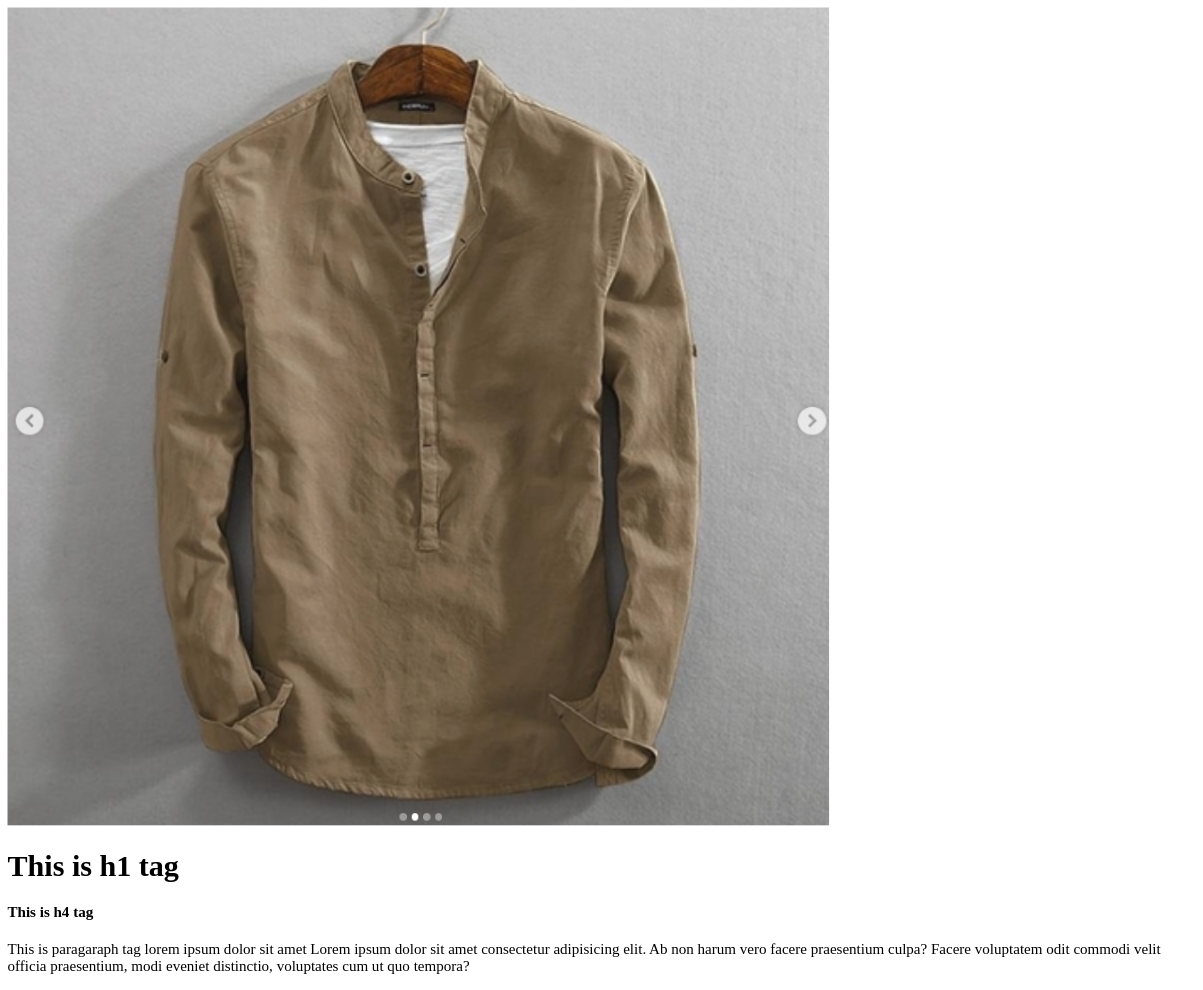
Repository: MushrrafKhan/code_by_heart
Page: index.html
The author's editor kept a copy of each file at every save. The page is drawn from the files as they stood at one save, then again after the next save.
The browser window is 1280 px wide. The pictures show the whole page, at 94% of full size.

Above is the page before, as saved 2022-06-08 21:40:48.

After the next save:
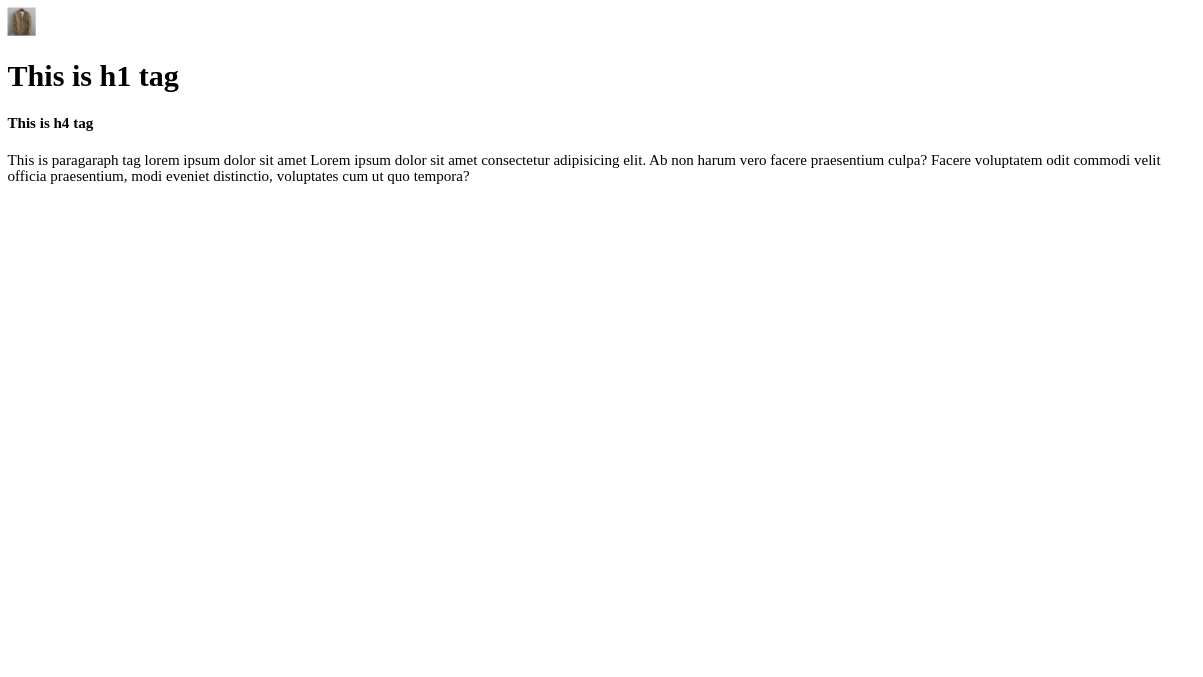
Saved 29 s later.
--- a/index.html
+++ b/index.html
@@ -9,7 +9,7 @@
     <title>Document</title>
 </head>
 <body>
-    <img src="img/brown.png" alt="Brown Shirt">
+    <img src="img/brown.png" alt="Brown Shirt" width="" height="30px">
     <h1>This is h1 tag</h1>
     <h4>This is h4 tag</h4>
     <p>This is paragaraph tag lorem ipsum dolor sit amet Lorem ipsum dolor sit amet consectetur adipisicing elit. Ab non harum vero facere praesentium culpa? Facere voluptatem odit commodi velit officia praesentium, modi eveniet distinctio, voluptates cum ut quo tempora?</p>
